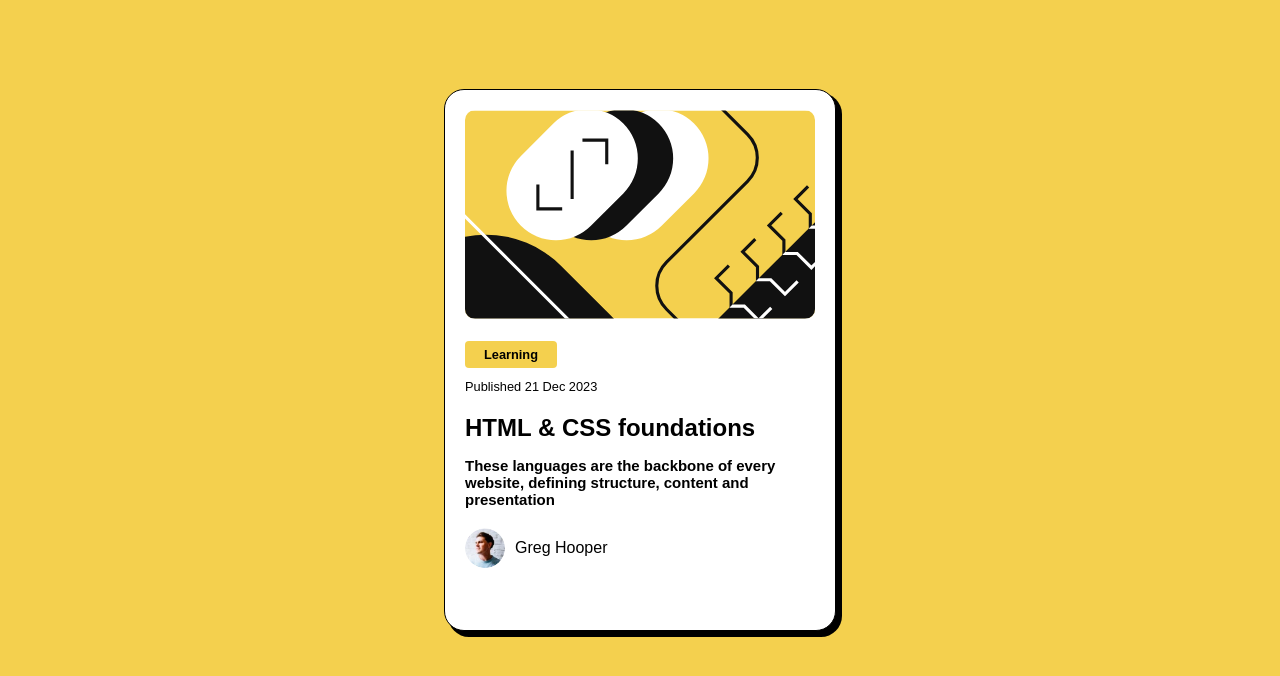
Repository: brandontaylor1/blogpreviewcard
Page: index.html
These files come from the project's save history. The page is drawn as it stood at one moment and after the next save; the edit follows.
The browser window is 1280 px wide. The pictures show the whole page.

Above is the page before, as saved 2024-12-25 11:47:46.

After the next save:
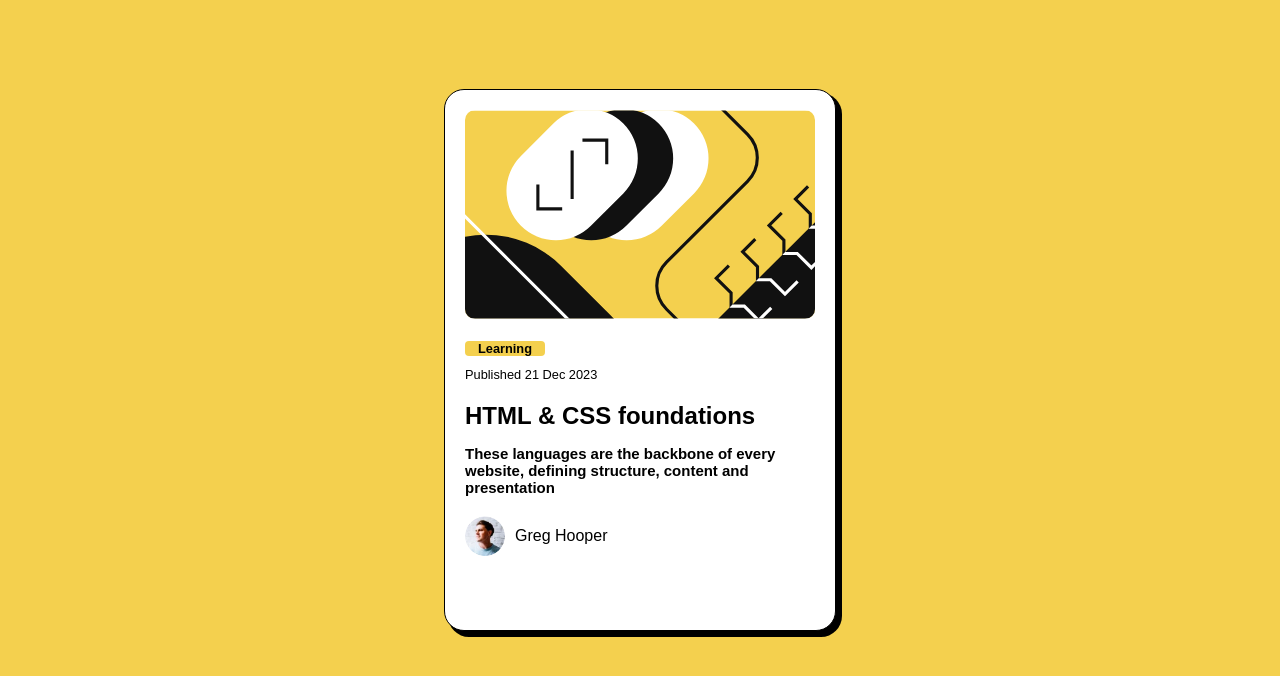
Saved 4 s later.
--- a/index.css
+++ b/index.css
@@ -59,7 +59,7 @@ body {
 
 #learning-tag {
     background-color: var(--primary-yellow);
-    padding: 6px;
+    padding: px;
     border-radius: 4px;
     font-size: .8rem;
     font-weight: var(--main-font-weight-bold);
